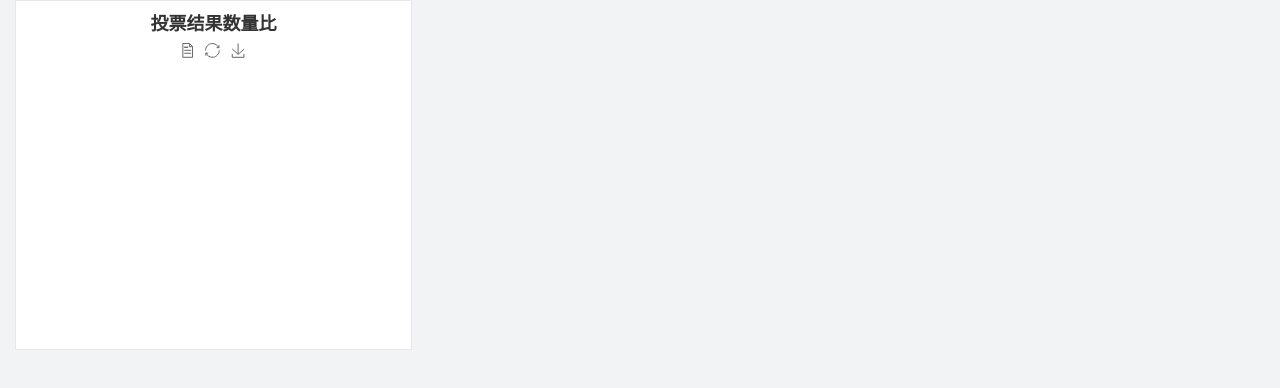
Repository: R1Deemo/vote_system
Page: web/home/results.html
The author's editor kept a copy of each file at every save. The page is drawn from the files as they stood at one save, then again after the next save.
The browser window is 1280 px wide. The pictures show the whole page.

Above is the page before, as saved 2022-11-07 09:53:54.

After the next save:
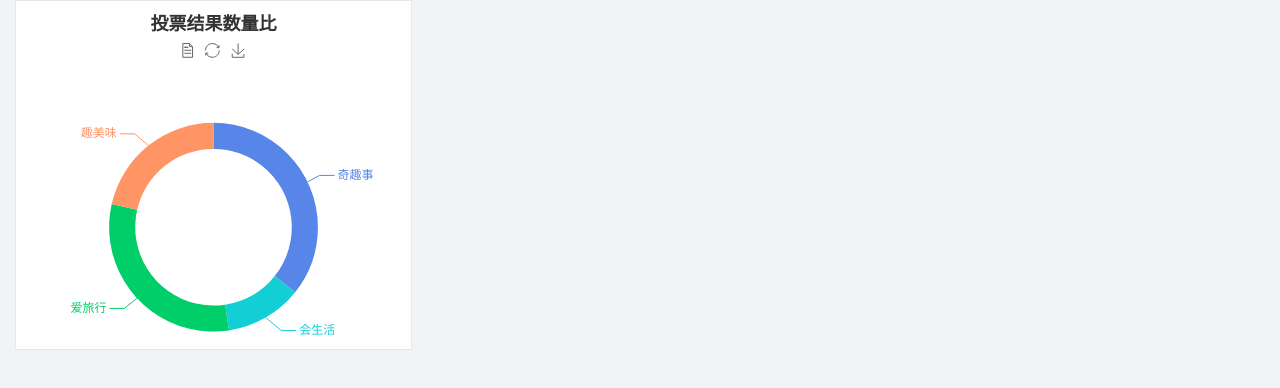
Saved 14 s later.
--- a/web/home/results.html
+++ b/web/home/results.html
@@ -72,25 +72,25 @@
                 }
             },
             calculable: true,
-            // series: [{
-            //     name: '访问来源',
-            //     type: 'pie',
-            //     radius: ['45%', '60%'],
-            //     center: ['50%', '65%'],
-            //     data: [{
-            //         value: 300,
-            //         name: '奇趣事'
-            //     }, {
-            //         value: 100,
-            //         name: '会生活'
-            //     }, {
-            //         value: 260,
-            //         name: '爱旅行'
-            //     }, {
-            //         value: 180,
-            //         name: '趣美味'
-            //     }]
-            // }]
+            series: [{
+                name: '访问来源',
+                type: 'pie',
+                radius: ['45%', '60%'],
+                center: ['50%', '65%'],
+                data: [{
+                    value: 300,
+                    name: '奇趣事'
+                }, {
+                    value: 100,
+                    name: '会生活'
+                }, {
+                    value: 260,
+                    name: '爱旅行'
+                }, {
+                    value: 180,
+                    name: '趣美味'
+                }]
+            }]
         };
         oPie.setOption(oPieopt);
     </script>
